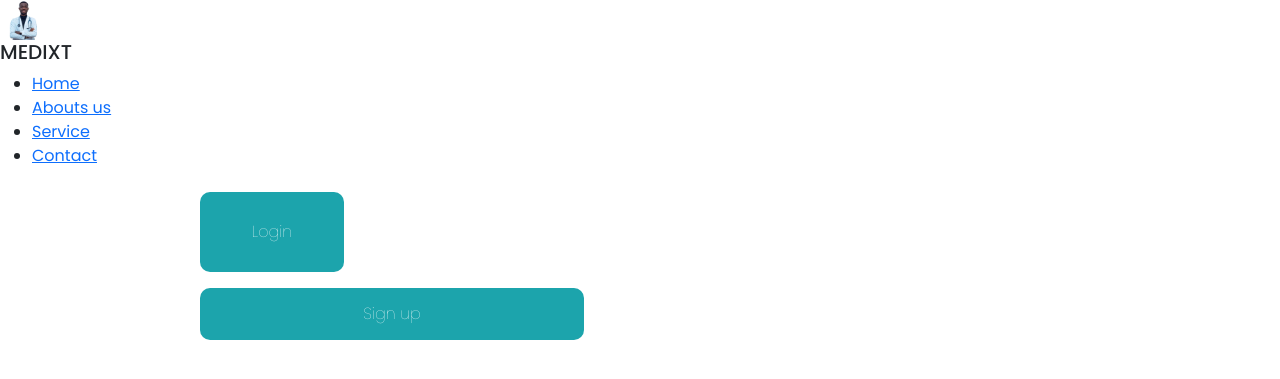
Repository: ChidexStanley/MEDIXT-AI
Page: home.html
The author's editor kept a copy of each file at every save. The page is drawn from the files as they stood at one save, then again after a run of saves.
The browser window is 1280 px wide. The pictures show the whole page.

Above is the page before, as saved 2024-07-15 02:15:46.

### home.html
<!DOCTYPE html>
<html lang="en">

<head>
    <meta charset="UTF-8">
    <meta name="viewport" content="width=device-width, initial-scale=1.0">
    <title>Medit-Ai</title>

    <!-- boostrap style cdn  -->
    <link href="https://cdn.jsdelivr.net/npm/bootstrap@5.0.2/dist/css/bootstrap.min.css" rel="stylesheet"
        integrity="sha384-EVSTQN3/azprG1Anm3QDgpJLIm9Nao0Yz1ztcQTwFspd3yD65VohhpuuCOmLASjC" crossorigin="anonymous">

    <!-- google font -->
    <link rel="preconnect" href="https://fonts.googleapis.com">
    <link rel="preconnect" href="https://fonts.gstatic.com" crossorigin>
    <link
        href="https://fonts.googleapis.com/css2?family=Poppins:ital,wght@0,100;0,200;0,300;0,400;0,500;0,600;0,700;0,800;0,900;1,100;1,200;1,300;1,400;1,500;1,600;1,700;1,800;1,900&display=swap"
        rel="stylesheet">

    <!-- css style  -->
    <link rel="stylesheet" href="assets/css/style.css">
</head>

<body>
    <header>
        <div>
            <img src="assets/images/doc.png" alt="logo" class="logo">
            <h5>MEDIXT</h5>
        </div>
        <nav>
            <ul>
                <li><a href="/"><strong>Home</strong></a></li>
                <li><a href="#"><strong>Abouts us</strong></a></li>
                <li><a href="#"><strong>Service</strong></a></li>
                <li><a href="#"><strong>Contact</strong></a></li>
            </ul>
        </nav>
        <div>
            <button class="btn-home">Login</button>
            <button>Sign up</button>
        </div>
    </header>


    <script src="https://cdn.jsdelivr.net/npm/bootstrap@5.0.2/dist/js/bootstrap.bundle.min.js"
        integrity="sha384-MrcW6ZMFYlzcLA8Nl+NtUVF0sA7MsXsP1UyJoMp4YLEuNSfAP+JcXn/tWtIaxVXM"
        crossorigin="anonymous"></script>
</body>

</html>

### assets/css/style.css
* {
    font-family: "Poppins", sans-serif;
    font-weight: 100;
    font-style: normal;
}

body {
    width: 100%;
    height: 100%;
}

.container-fluid {
    width: 100%;
    height: auto;
}

.form1 {
    border: 1px solid #f1f1f1;
    border-radius: 15px;
    box-shadow: 2px 2px 2px 2px;
    width: 591px;
    height: 467px;
    margin: 63px 10px;
    padding: 10px;
    background-color: #fff;
}

.form2 {
    border: 1px solid #f1f1f1;
    border-radius: 15px;
    box-shadow: 2px 2px 2px 2px;
    width: 591px;
    height: 543px;
    margin: 63px 10px;
    padding: 10px;
    background-color: #fff;
}

input[type=email],
input[type=number],
input[type=password] {
    width: 100%;
    padding: 12px 20px;
    margin: 8px 0;
    display: inline-block;
    border: 2px solid #1CA4AC;
    border-radius: 10PX;
    box-sizing: border-box;
}

button {
    background-color: #1CA4AC;
    color: white;
    padding: 14px 5px;
    margin: 8px 200px;
    border: none;
    border-radius: 10PX;
    cursor: pointer;
    width: 30%;
    align-items: center;
}


.head {
    text-align: center;
    margin: 24px 0 12px 0;
}


.container {
    padding: 16px;
}


.img1 {
    width: 100%;
    height: 100%;
    object-fit: cover;
}

.rgt {
    margin-left: 130px;
    padding: 0;

}

.box_1 {
    border-radius: 10px;
    border: #000;
    align-items: center;
    width: 100%;
    height: 100%;
    padding: 15px;
    background-color: #fff;
    box-shadow: 2px 2px 5px 5px;
    margin-top: 10px;
}

.input {
    border-radius: 7px;
    border-color: #1CA4AC;
    padding-left: 7px;
}

/* home page styling */
.logo {
    width: 3rem;
}

.btn-home {
    width: 9rem;
height: 5rem;
}

After the next 2 saves:
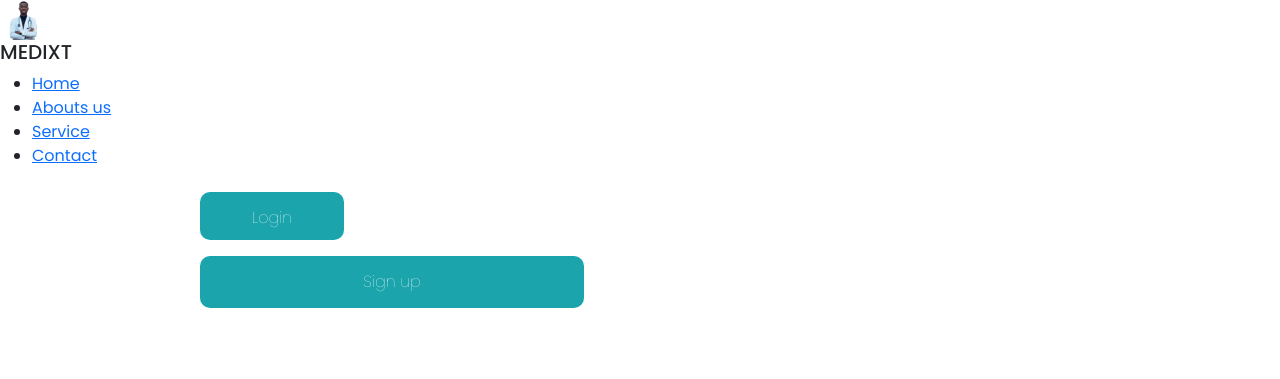
The 2 saves are shown as one change because they came seconds apart.
The last was saved 8 s later.
--- a/assets/css/style.css
+++ b/assets/css/style.css
@@ -109,5 +109,5 @@
 
 .btn-home {
     width: 9rem;
-height: 5rem;
+height: 3rem;
 }
